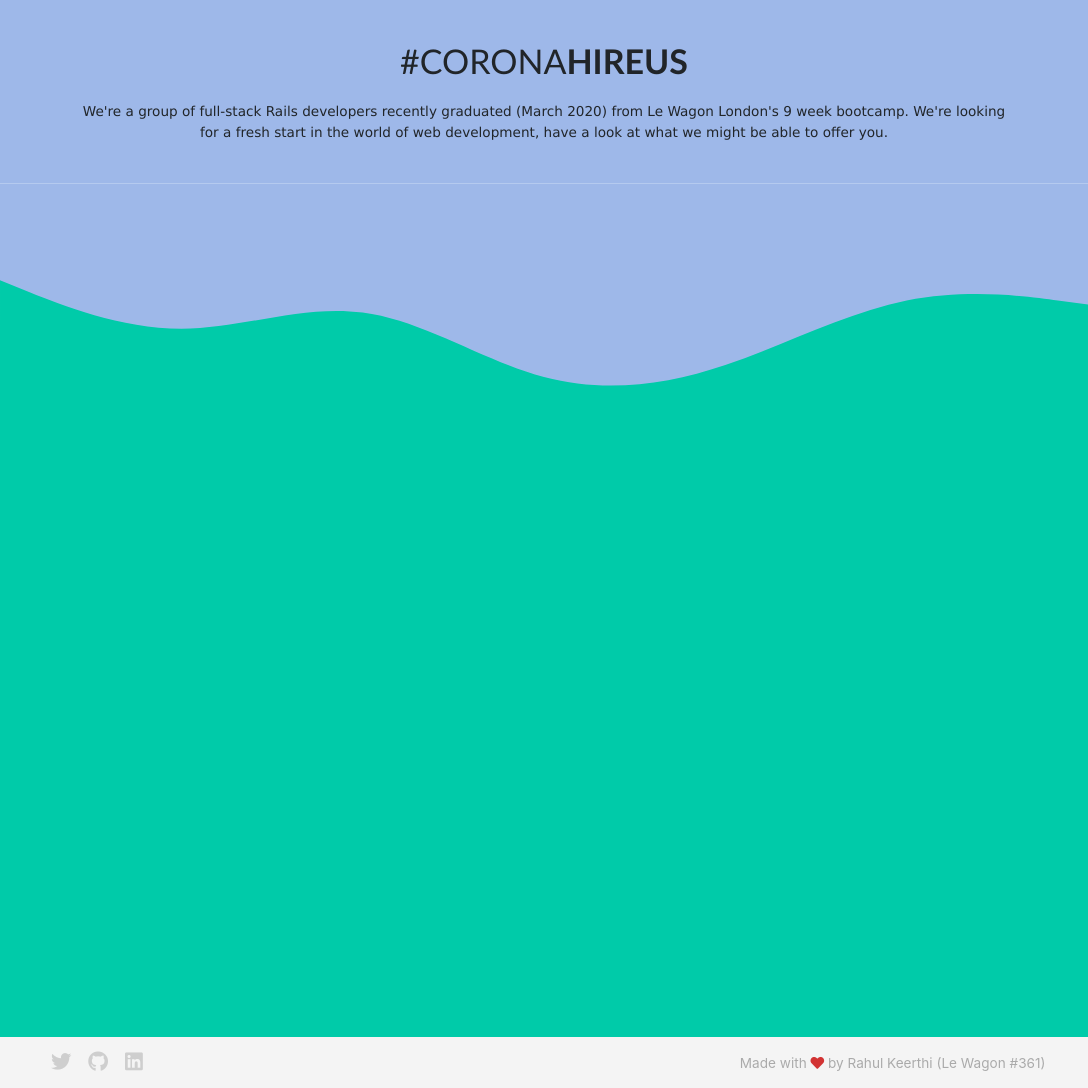
Repository: rahulkeerthi/coronahireus
Page: index.html
The author's editor kept a copy of each file at every save. The page is drawn from the files as they stood at one save, then again after the next save.
The browser window is 1280 px wide. The pictures show the whole page, at 85% of full size.
Some web libraries are served in a nearby version.

Above is the page before, as saved 2020-03-27 23:08:34.

### index.html
<!DOCTYPE html>
<html lang="en">
<head>
    <meta charset="UTF-8">
    <meta name="viewport" content="width=device-width, initial-scale=1.0">
    <meta http-equiv="X-UA-Compatible" content="IE=edge">
    <title>Corona-Hire-Us</title>
    <link rel="stylesheet" href="style.css">
    <script src="main.js" defer></script>
    <link rel="shortcut icon" href="data:[embedded picture, 18 characters]" type="image/x-icon">
    <link rel="stylesheet" href="https://use.fontawesome.com/releases/v5.0.10/css/all.css">
    <link rel="stylesheet" href="https://stackpath.bootstrapcdn.com/bootstrap/4.3.1/css/bootstrap.min.css">
  </head>
<body>
    <div>
        <div class="wrapper">
            <div class="sky text-center">
                <h1 class="pt-5">#CORONA<strong>HIREUS</strong></h1>
                <p class="container py-3">We're a group of full-stack Rails developers recently graduated (March 2020) from Le Wagon London's 9 week bootcamp. We're looking for a fresh start in the world of web development, have a look at what we might be able to offer you.</p>
            </div>
            <div class="hills">
                <svg xmlns="http://www.w3.org/2000/svg" viewBox="0 0 1440 320"><path fill="#00cba9" fill-opacity="1" d="M0,128L40,144C80,160,160,192,240,192C320,192,400,160,480,170.7C560,181,640,235,720,256C800,277,880,267,960,240C1040,213,1120,171,1200,154.7C1280,139,1360,149,1400,154.7L1440,160L1440,320L1400,320C1360,320,1280,320,1200,320C1120,320,1040,320,960,320C880,320,800,320,720,320C640,320,560,320,480,320C400,320,320,320,240,320C160,320,80,320,40,320L0,320Z"></path></svg>
            </div>
            <div class="field">
            </div>
        </div>
    </div>
    <div class="footer">
        <div class="footer-links">
            <a href="https://twitter.com/CoronaHire"><i class="fab fa-twitter"></i></a>
            <a href="https://github.com/rahulkeerthi/coronahireus"><i class="fab fa-github"></i></a>
            <a href="#"><i class="fab fa-linkedin"></i></a>
        </div>
        <div class="footer-copyright">
          Made with <i class="fas fa-heart"></i> by Rahul Keerthi (Le Wagon #361)
        </div>
      </div>
</body>
</html>

### style.css
body p {
    font-family: 'Lucida Sans', 'Lucida Sans Regular', 'Lucida Grande', 'Lucida Sans Unicode', Geneva, Verdana, sans-serif;
}

body h1 {
    font-family: 'Gill Sans', 'Gill Sans MT', Calibri, 'Trebuchet MS', sans-serif;
}

body h2 {

}

.wrapper {
    /* position: relative; */
}

.sky {
    background-color: #9eb8e9;
    height: 30vh;
}

.hills {
    background-color: #9eb8e9;
}

.field {
    background-color: #00cba9;
    height: 100vh;
}

/* FOOTER, BASED ON LE WAGON UI KIT */

.footer {
    background: #F4F4F4;
    display: flex;
    align-items: center;
    justify-content: space-between;
    height: 60px;
    padding: 0px 50px;
    color: rgba(0,0,0,0.3);
  }
  .footer-links {
    display: flex;
    align-items: center;
  }
  .footer-links a {
    color: black;
    opacity: 0.15;
    text-decoration: none;
    font-size: 24px;
    padding: 0px 10px;
  }
  .footer-links a:hover {
    color: #016151;
    opacity: 1;
  }
  .footer .fa-heart {
    color: #D23333;
  }

Loaded but not shown: main.js (no copy from this time; the picture is the same without it)

After the next save:
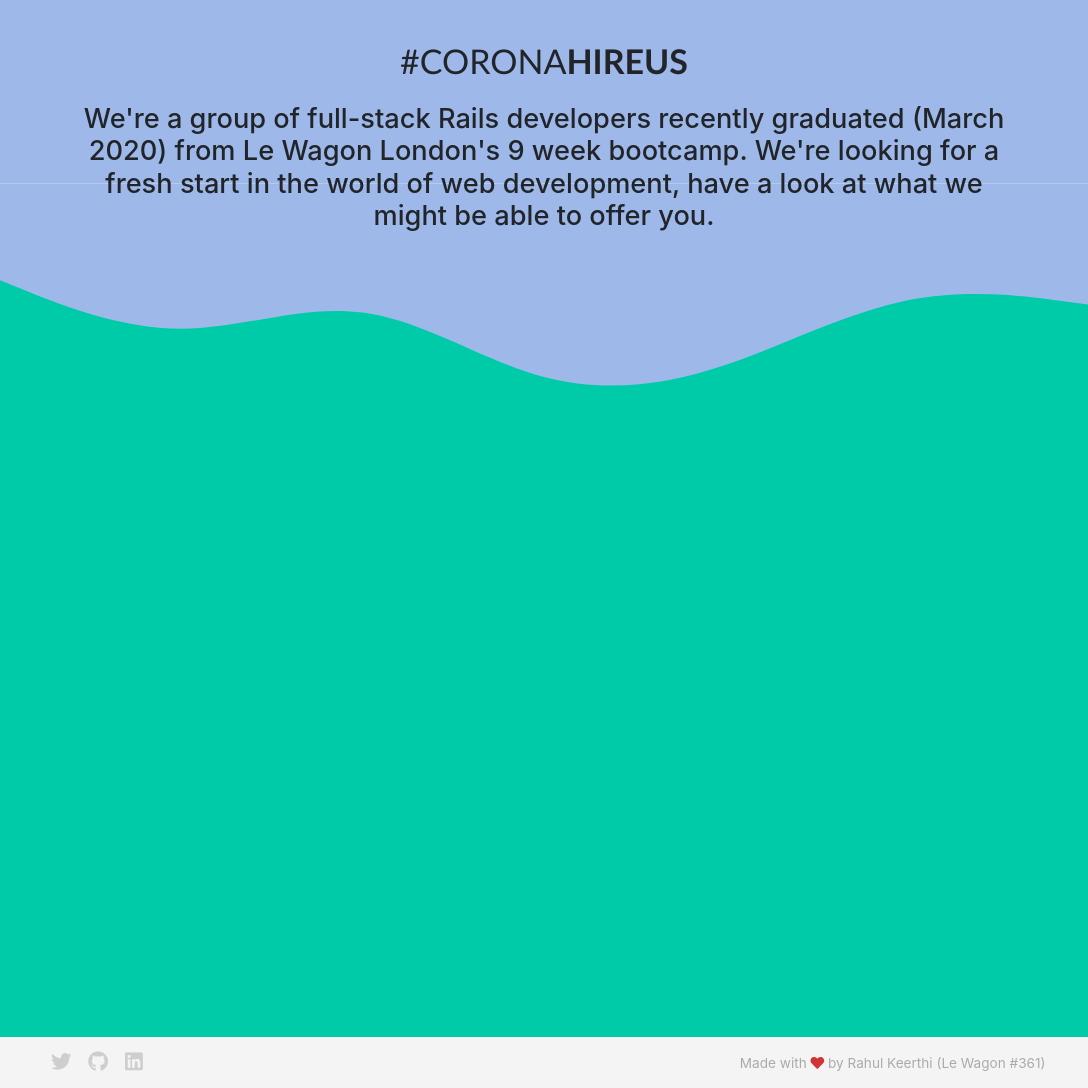
Saved 4 s later.
--- a/index.html
+++ b/index.html
@@ -16,7 +16,7 @@
         <div class="wrapper">
             <div class="sky text-center">
                 <h1 class="pt-5">#CORONA<strong>HIREUS</strong></h1>
-                <p class="container py-3">We're a group of full-stack Rails developers recently graduated (March 2020) from Le Wagon London's 9 week bootcamp. We're looking for a fresh start in the world of web development, have a look at what we might be able to offer you.</p>
+                <h2 class="container py-3">We're a group of full-stack Rails developers recently graduated (March 2020) from Le Wagon London's 9 week bootcamp. We're looking for a fresh start in the world of web development, have a look at what we might be able to offer you.</p>
             </div>
             <div class="hills">
                 <svg xmlns="http://www.w3.org/2000/svg" viewBox="0 0 1440 320"><path fill="#00cba9" fill-opacity="1" d="M0,128L40,144C80,160,160,192,240,192C320,192,400,160,480,170.7C560,181,640,235,720,256C800,277,880,267,960,240C1040,213,1120,171,1200,154.7C1280,139,1360,149,1400,154.7L1440,160L1440,320L1400,320C1360,320,1280,320,1200,320C1120,320,1040,320,960,320C880,320,800,320,720,320C640,320,560,320,480,320C400,320,320,320,240,320C160,320,80,320,40,320L0,320Z"></path></svg>
